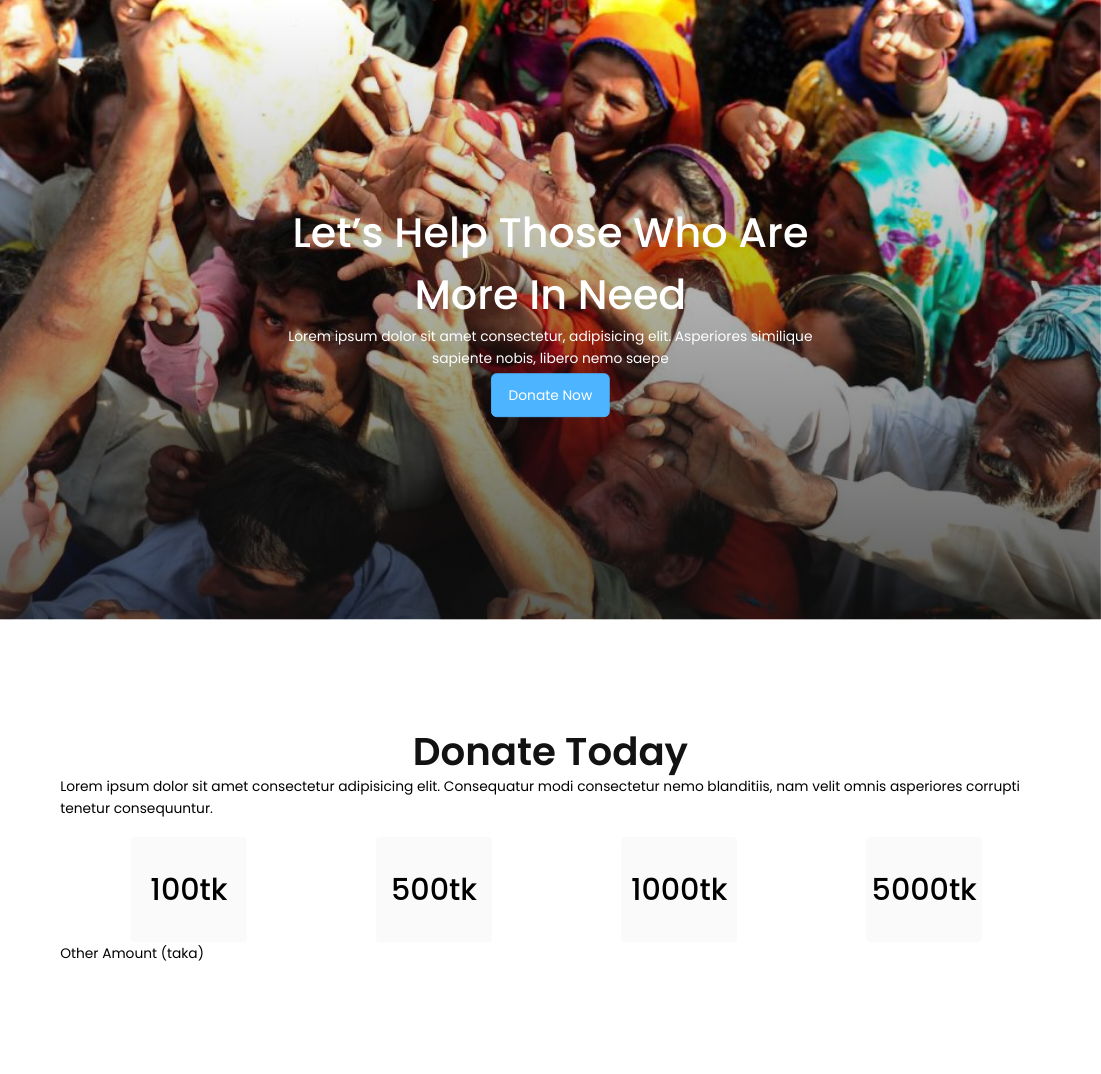
Repository: mdrubel02/donate-website
Page: index.html
An editor plug-in stored every save of this project. The page is shown before and after the next save, followed by the edit.
The browser window is 1280 px wide. The pictures show the whole page, at 86% of full size.

Above is the page before, as saved 2022-07-06 13:34:20.

After the next save:
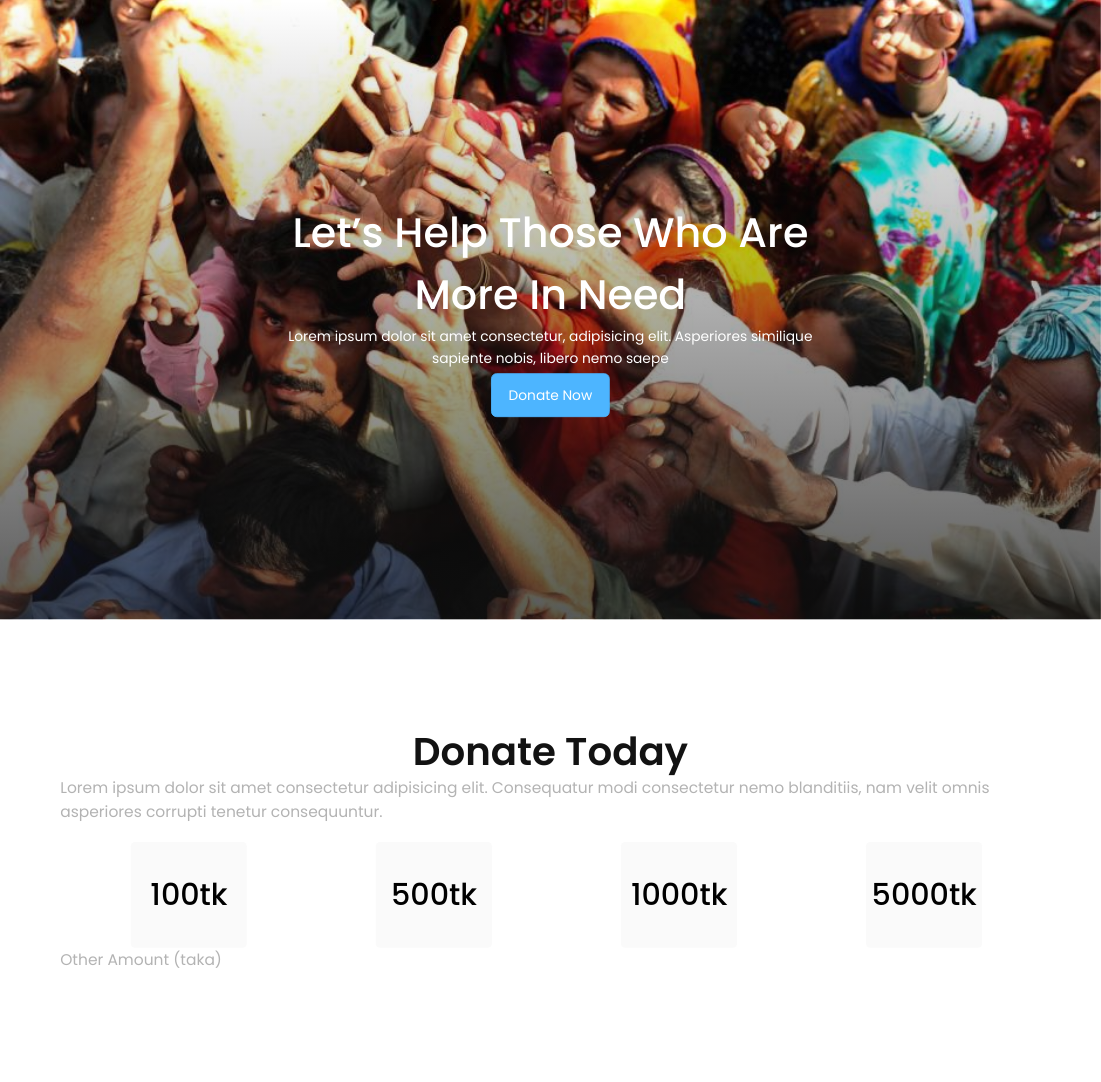
Saved 12 s later.
--- a/index.css
+++ b/index.css
@@ -157,7 +157,7 @@ hr {
     color: #FF5959;
 }
 
-.donate-today p {
+.donate-section p {
     font-weight: 400;
     font-size: 18px;
     line-height: 28px;
